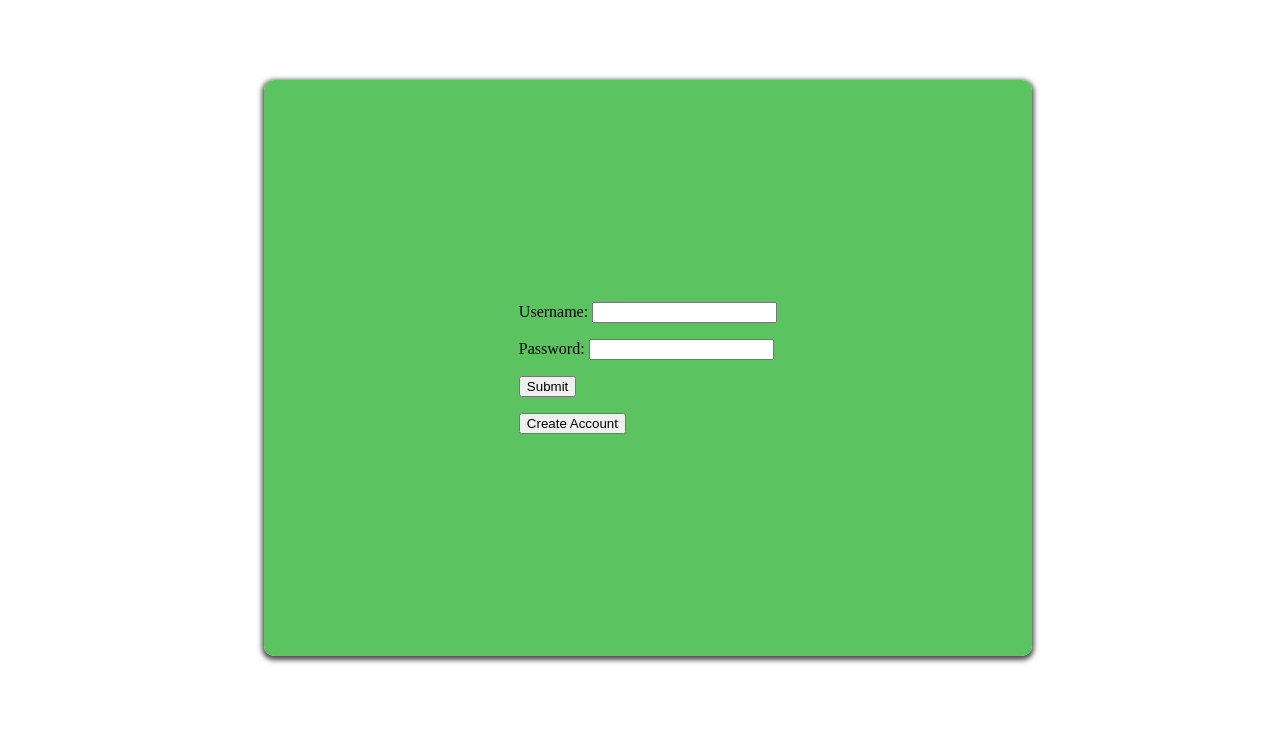
Repository: Jtho28/4830-group-project
Page: Esports-webproj/src/main/webapp/WEB-INF/Login.html
These files come from the project's save history. The page is drawn as it stood at one moment and after the next save; the edit follows.
The browser window is 1280 px wide. The page is 1288 px wide, so the pictures cover 1288 px, including what lies to the right of the window. The pictures show the whole page.

Above is the page before, as saved 2022-11-16 21:01:44.

After the next save:
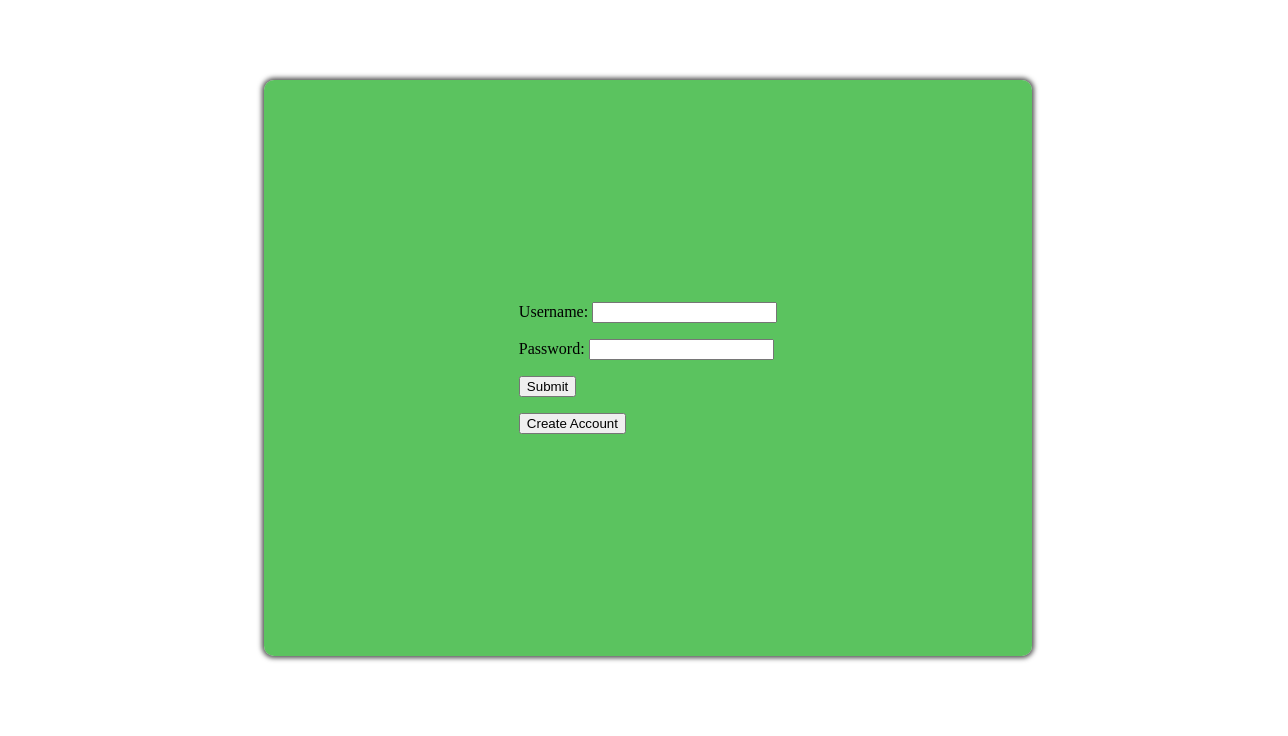
Saved 12 s later.
--- a/Esports-webproj/src/main/webapp/WEB-INF/login.css
+++ b/Esports-webproj/src/main/webapp/WEB-INF/login.css
@@ -19,7 +19,7 @@
 	border-radius: 10px;
 	background: rgba(50, 181, 55, .8);
 	transition: ease all 0.5s;
-	box-shadow: 0 2px 5px 2px rgba(0,0,0, .7)
+	box-shadow: 0 0px 5px 2px rgba(0,0,0, .7)
 }
 .login:hover {
 	background: rgba(50, 181, 55, .5);

After the save that followed:
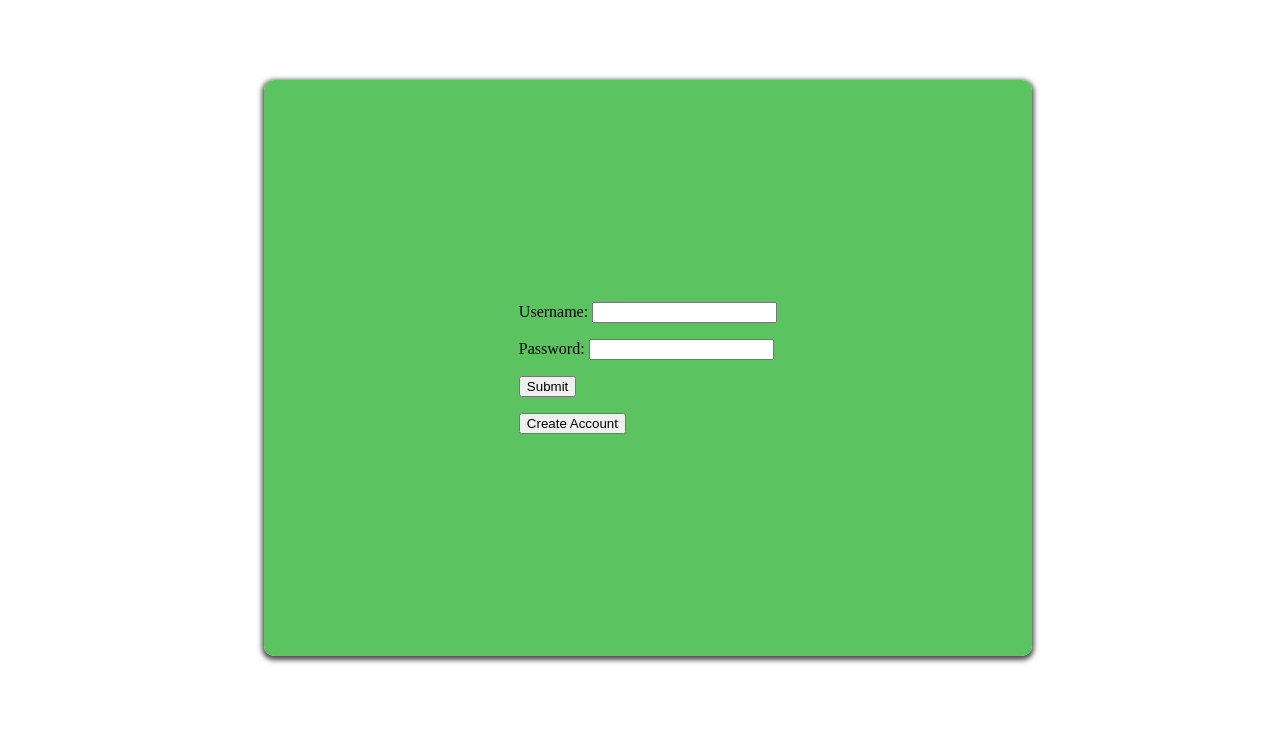
Saved 32 s later.
--- a/Esports-webproj/src/main/webapp/WEB-INF/login.css
+++ b/Esports-webproj/src/main/webapp/WEB-INF/login.css
@@ -19,7 +19,7 @@
 	border-radius: 10px;
 	background: rgba(50, 181, 55, .8);
 	transition: ease all 0.5s;
-	box-shadow: 0 0px 5px 2px rgba(0,0,0, .7)
+	box-shadow: 0 2px 5px 2px rgba(0,0,0, .7)
 }
 .login:hover {
 	background: rgba(50, 181, 55, .5);
